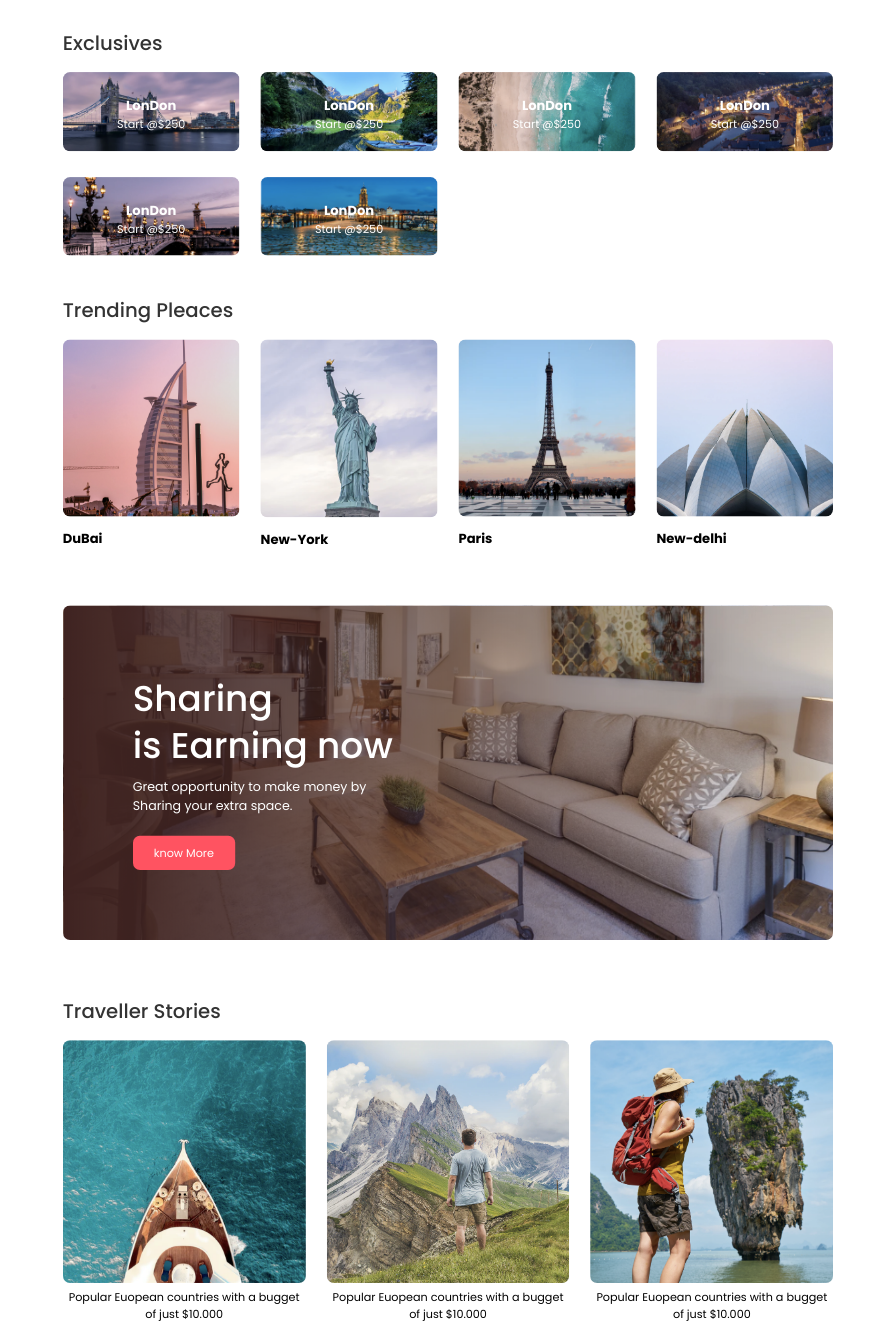
Repository: pinocoding/AirBnB
Page: house.html
An editor plug-in stored every save of this project. The page is shown before and after a run of saves, followed by the edit.
The browser window is 1280 px wide. The pictures show the part of the page from y = 730 to 2650 px (the page is 2650 px tall before and 2600 px after), at 70% of full size.

Above is the page before, as saved 2022-01-23 16:10:45.

After the next 2 saves:
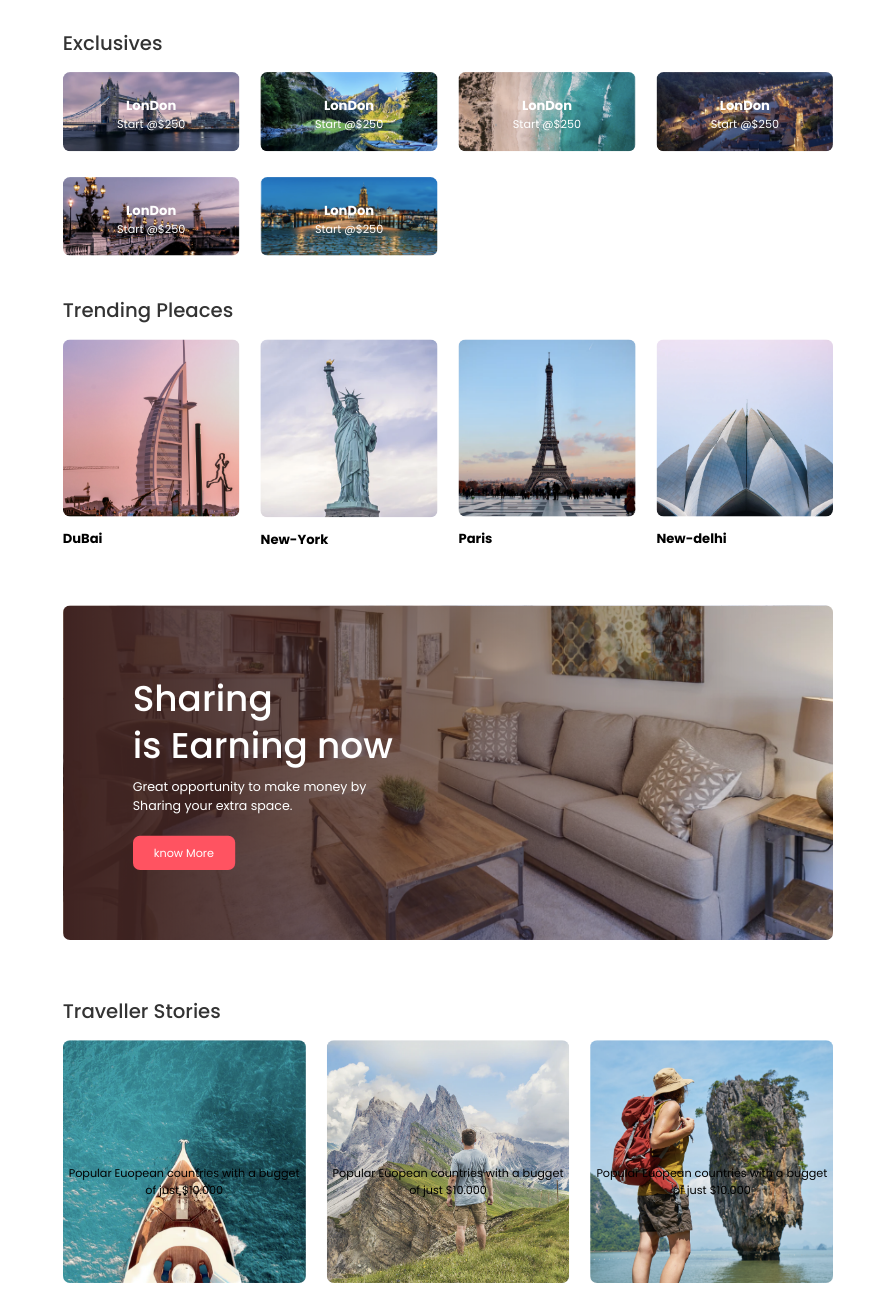
The 2 saves are shown as one change because they came seconds apart.
The last was saved 9 s later.
--- a/style.css
+++ b/style.css
@@ -195,4 +195,6 @@ padding-top: 22%
 }
 .stories p {
   width: 80%px;
-}
+  position: absolute;
+  top: 50%;
+}
